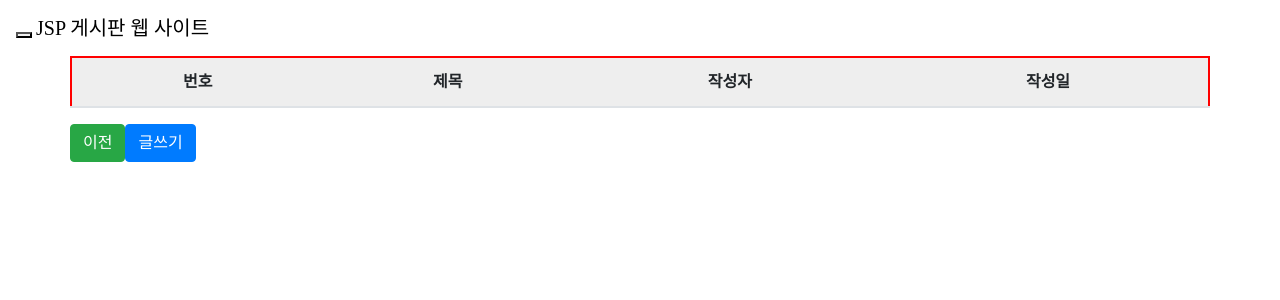
Repository: hz6450/2024-summer-jsp-notice-project
Page: http://localhost/BBS/BBS.jsp?pageNumber=0
These files come from the project's save history. The page is drawn as it stood at one moment and after the next save; the edit follows.
The browser window is 1280 px wide. The pictures show the whole page.
Some web fonts or font styles are not loaded; a fallback is used. Some web libraries are served in a nearby version. The page is served by Tomcat 10. Queries for data that is not in the repository find no rows.

Above is the page before, as saved 2024-07-12 07:46:49.

After the next save:
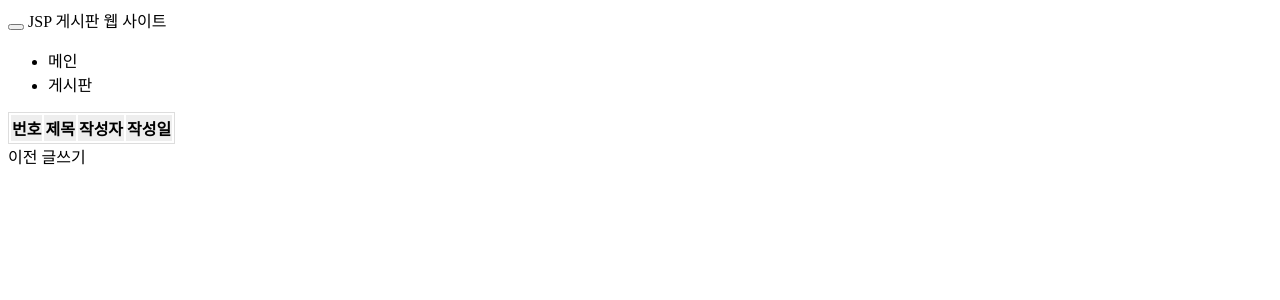
Saved 28 s later.
--- a/projects/BBS/src/main/webapp/BBS.jsp
+++ b/projects/BBS/src/main/webapp/BBS.jsp
@@ -10,7 +10,7 @@
 <head>
 <meta charset="UTF-8">
 <meta name="viewport" content="width=device-width" initial-scale="1">
-<link rel="stylesheet" href="css/bootstrap.css">
+
 <link rel="stylesheet" href="css/custom.css">
 <title>jsp 게시판 웹 사이트</title>
 <style type="text/css">
